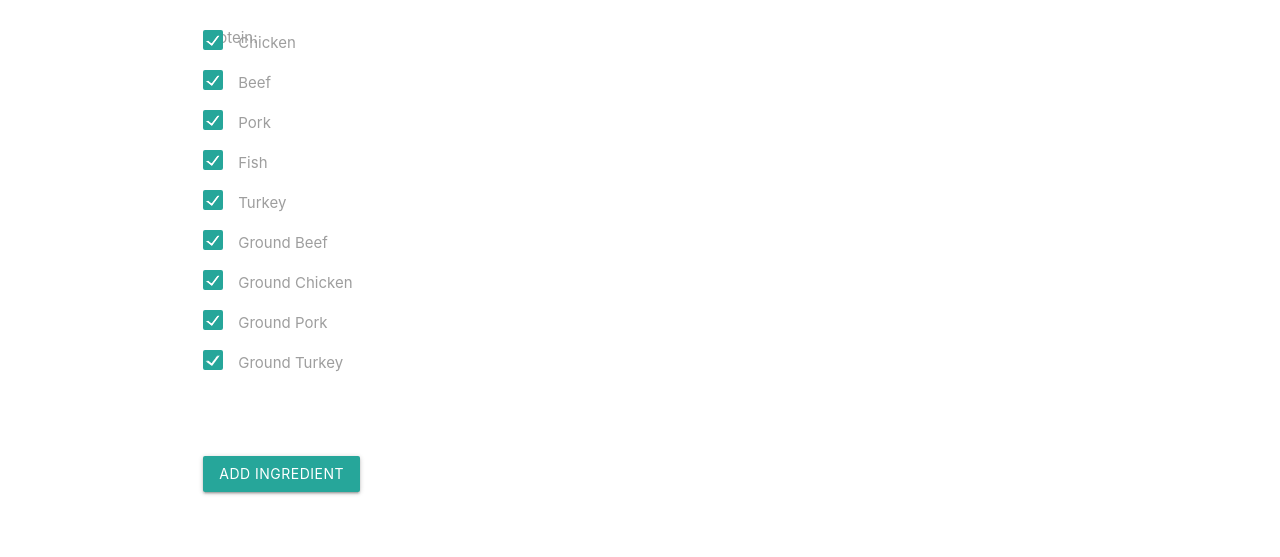
Repository: Aaron-R-Carter/Project1
Page: prototype.html
The author's editor kept a copy of each file at every save. The page is drawn from the files as they stood at one save, then again after the next save.
The browser window is 1280 px wide. The pictures show the whole page.

Above is the page before, as saved 2019-10-31 23:15:25.
Console error: SyntaxError: Unexpected token '<'

After the next save:
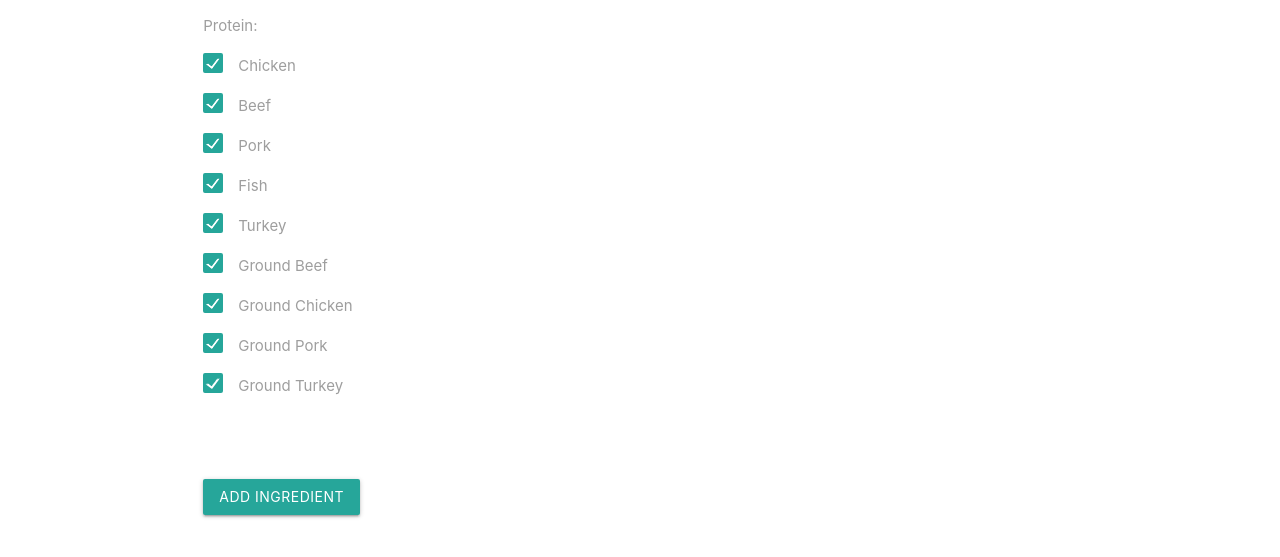
Saved 20 s later.
--- a/prototype.html
+++ b/prototype.html
@@ -17,9 +17,9 @@
     <div class="container">
         <div id="check-box" class="row">
             <div class="input-field col s3">
-                <label type="text" class="label">Protein:</label>
+
                 <form action="#">
-                    <p>
+                    <label type="text" class="label">Protein:</label><p>
                         <label>
                             <input type="checkbox" class="filled-in" checked="checked" />
                             <span>Chicken</span>
